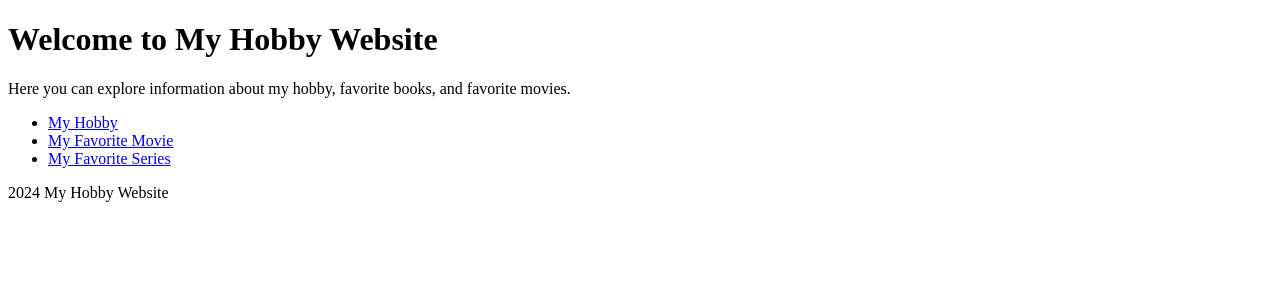
Repository: DaryaSarycheva/Hobbies
Page: index.html
These files come from the project's save history. The page is drawn as it stood at one moment and after the next save; the edit follows.
The browser window is 1280 px wide. The pictures show the whole page.

Above is the page before, as saved 2024-05-08 08:29:05.

After the next save:
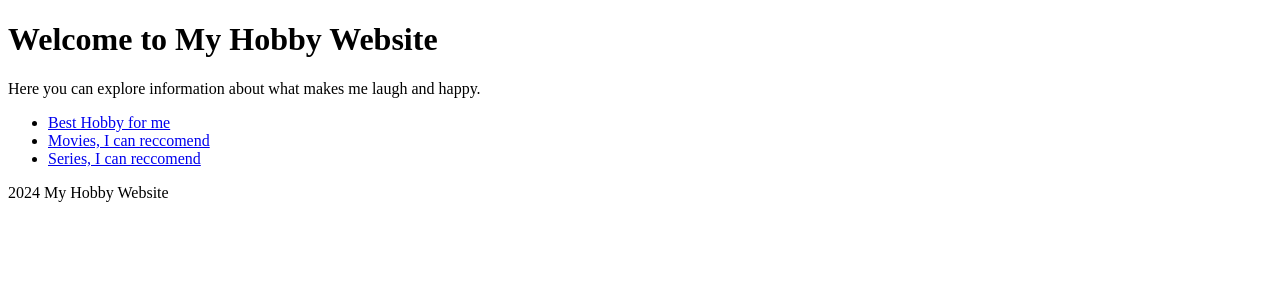
Saved 1 s later.
--- a/index.html
+++ b/index.html
@@ -3,20 +3,20 @@
 <head>
     <meta charset="UTF-8">
     <meta name="viewport" content="width=device-width, initial-scale=1.0">
-    <title>My Hobby Website</title>
+    <title>Hobby Website</title>
 </head>
 <body>
     <header>
         <h1>Welcome to My Hobby Website</h1>
     </header>
     <main>
-        <p>Here you can explore information about my hobby, favorite books, and favorite movies.</p>
+        <p>Here you can explore information about what makes me laugh and happy.</p>
     </main>
     <nav>
         <ul>
-            <li><a href="./pages/hobby.html">My Hobby</a></li>
-            <li><a href="./pages/movies.html">My Favorite Movie</a></li>
-            <li><a href="./pages/series.html">My Favorite Series</a></li>
+            <li><a href="./pages/hobby.html">Best Hobby for me</a></li>
+            <li><a href="./pages/movies.html">Movies, I can reccomend</a></li>
+            <li><a href="./pages/series.html">Series, I can reccomend</a></li>
         </ul>
     </nav>
 
